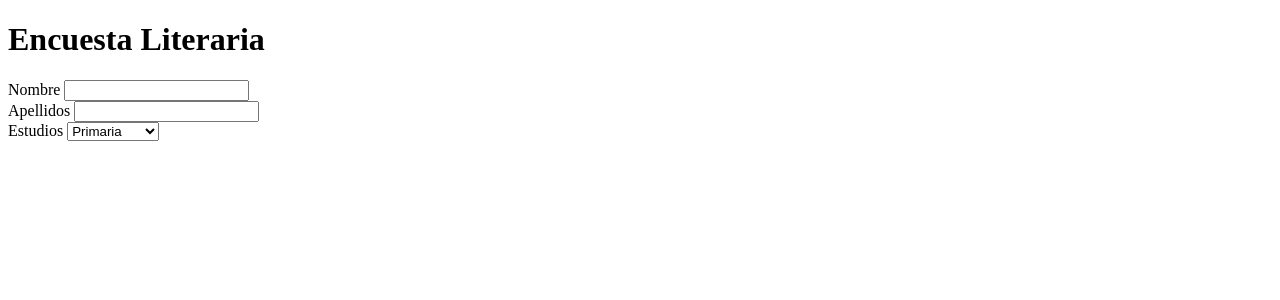
Repository: cgg25/javaee
Page: Enucesta/WebContent/index.html
The author's editor kept a copy of each file at every save. The page is drawn from the files as they stood at one save, then again after the next save.
The browser window is 1280 px wide. The pictures show the whole page.

Above is the page before, as saved 2017-02-16 17:48:24.

After the next save:
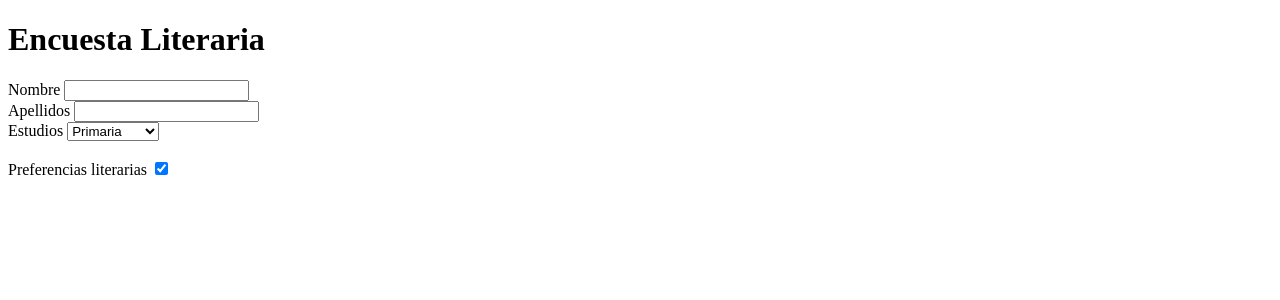
Saved 64 s later.
--- a/Enucesta/WebContent/index.html
+++ b/Enucesta/WebContent/index.html
@@ -18,6 +18,10 @@
 			<option>Bachillerato</option>
 		</select>
 		<br><br>
+		<label>Preferencias literarias</label>
+		<input type="checkbox" name="preferencias" value="Novela" checked>
+
+
 
 	</form>
 </body>
